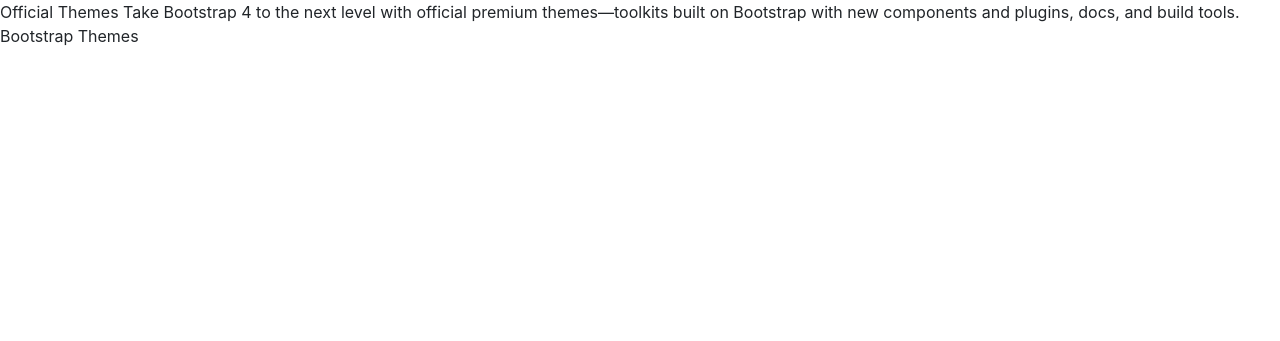
Repository: Mietlicha/exercise2
Page: index.html
An editor plug-in stored every save of this project. The page is shown before and after the next save, followed by the edit.
The browser window is 1280 px wide. The pictures show the whole page.

Above is the page before, as saved 2019-10-22 20:37:59.

After the next save:
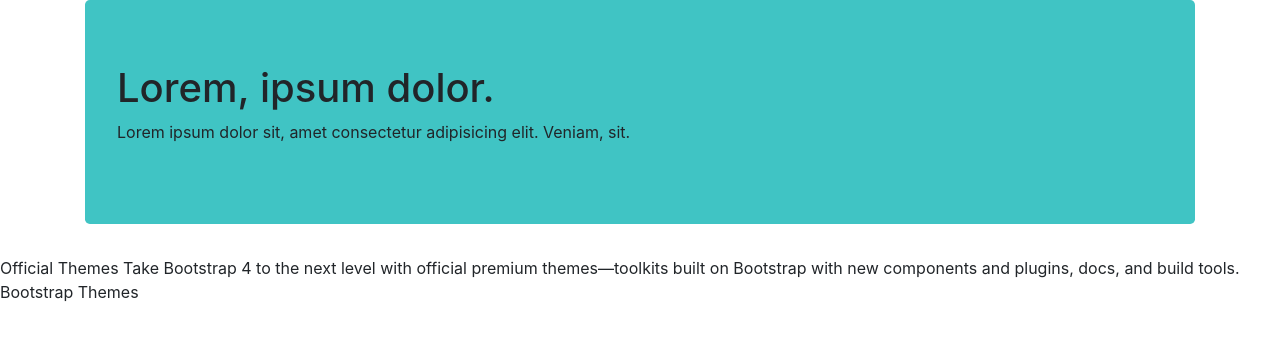
Saved 2 min 55 s later.
--- a/index.html
+++ b/index.html
@@ -13,6 +13,13 @@
 </head>
 
 <body>
+    <div class="container">
+        <div class="jumbotron">
+            <h1>Lorem, ipsum dolor.</h1>
+            <p>Lorem ipsum dolor sit, amet consectetur adipisicing elit. Veniam, sit.</p>
+        </div>
+    </div>
+
         <script src="https://code.jquery.com/jquery-3.3.1.slim.min.js" integrity="sha384-q8i/X+965DzO0rT7abK41JStQIAqVgRVzpbzo5smXKp4YfRvH+8abtTE1Pi6jizo" crossorigin="anonymous"></script>
         <script src="https://cdnjs.cloudflare.com/ajax/libs/popper.js/1.14.7/umd/popper.min.js" integrity="sha384-UO2eT0CpHqdSJQ6hJty5KVphtPhzWj9WO1clHTMGa3JDZwrnQq4sF86dIHNDz0W1" crossorigin="anonymous"></script>
         <script src="https://stackpath.bootstrapcdn.com/bootstrap/4.3.1/js/bootstrap.min.js" integrity="sha384-JjSmVgyd0p3pXB1rRibZUAYoIIy6OrQ6VrjIEaFf/nJGzIxFDsf4x0xIM+B07jRM" crossorigin="anonymous"></script>
